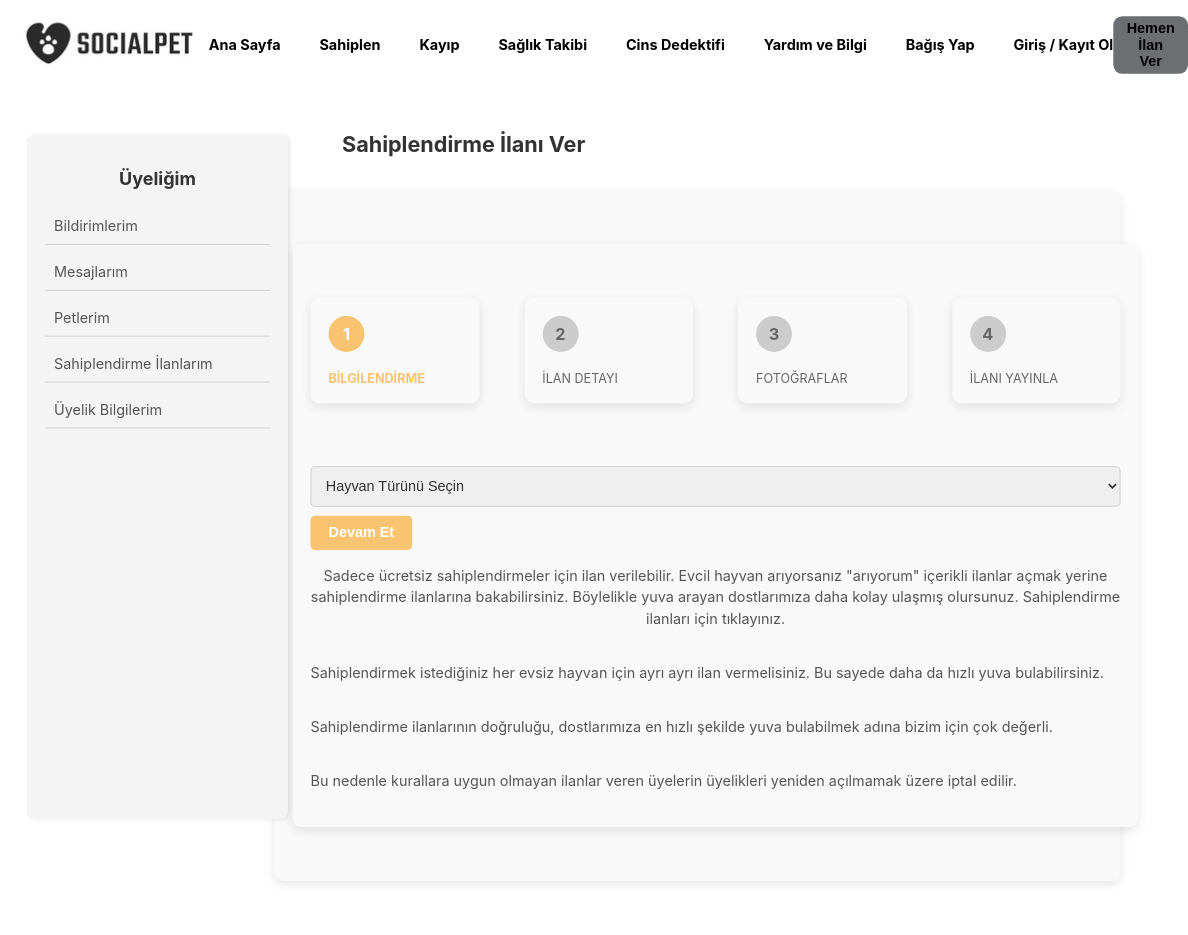
Repository: utkucaa/socialpet-frontend
Page: /create-ad (app in petweb/petweb/)
These files come from the project's save history. The page is drawn as it stood at one moment and after the next save; the edit follows.
The browser window is 1280 px wide. The page is 1320 px wide, so the pictures cover 1320 px, including what lies to the right of the window. The pictures show the whole page, at 90% of full size.
The project was rebuilt for these pictures with package versions that can differ from the ones it lists, and the page was loaded fresh each time. Also part of the build but not shown: petweb/petweb/src/Components/Login/Login.jsx, petweb/petweb/src/Components/Intro/Intro.css, petweb/petweb/src/Components/Intro/Intro.jsx, petweb/petweb/src/Components/Register/Register.jsx, petweb/petweb/src/Components/Profile/ProfilePage.css, petweb/petweb/src/Components/Profile/ProfilePage.jsx, petweb/petweb/src/Components/Adoption/Header.css, petweb/petweb/src/Components/Adoption/Header.jsx and 28 more. Imported but missing from the stored project, and not drawn on this page: petweb/petweb/src/Components/AdoptionSteps.

Above is the page before, as saved 2025-01-10 00:42:38.

After the next save:
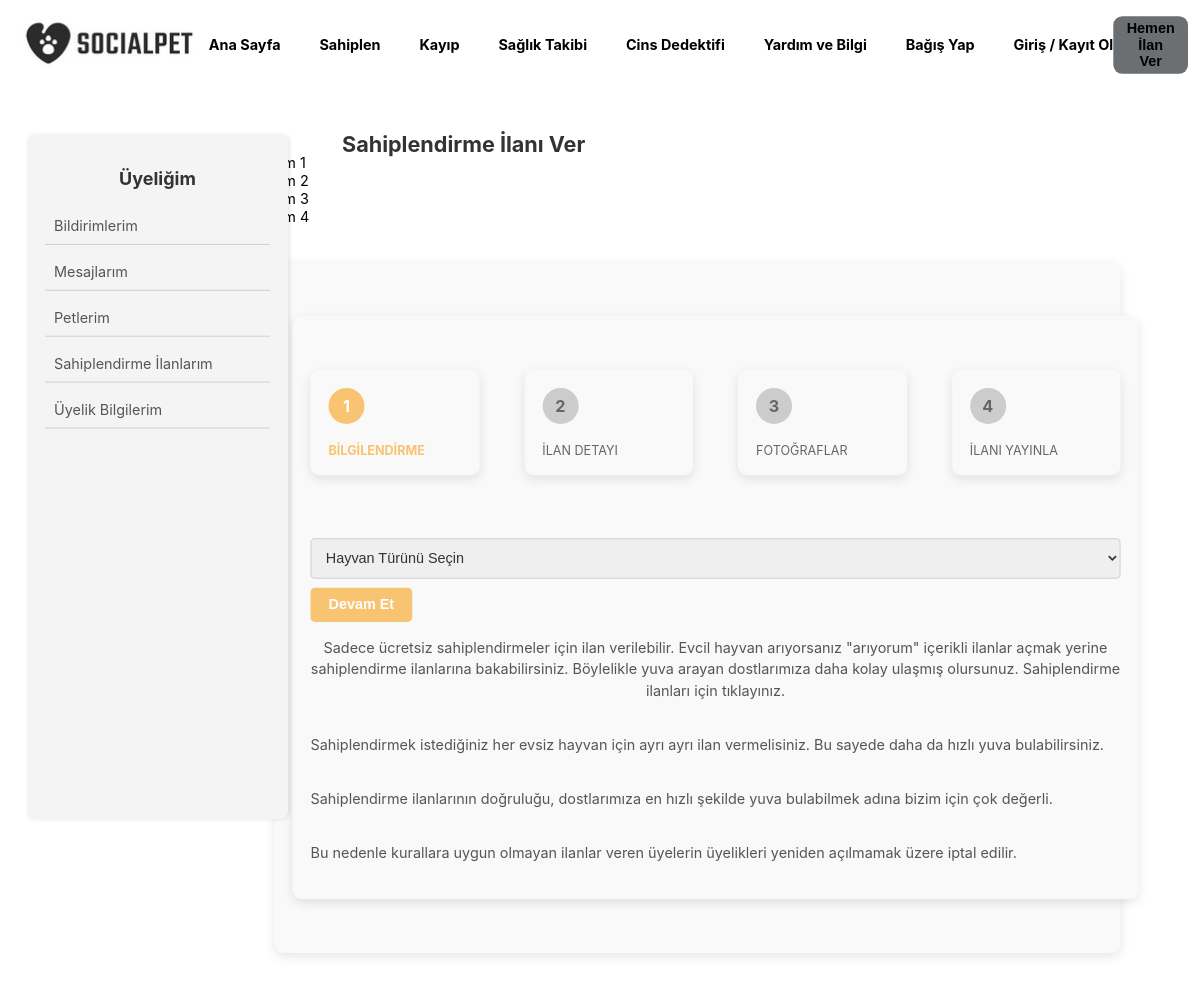
Saved 5 min 48 s later.
--- a/petweb/petweb/src/Components/Adoption/CreatedPage.jsx
+++ b/petweb/petweb/src/Components/Adoption/CreatedPage.jsx
@@ -21,19 +21,33 @@
 
     return (
         <div className="create-ad-container">
-            <Sidebar />
-            <div className="step-content">
+        <Sidebar />
+        <div className="step-content">
             <h1 className="create-ad-title">Sahiplendirme İlanı Ver</h1>
-                <div className="step">
-                    {currentStep === 1 && <Step1 onNext={handleNext} />}
-                    {currentStep === 2 && <Step2 onNext={handleNext} />}
-                    {currentStep === 3 && <Step3 onNext={handleNext} />}
-                    {currentStep === 4 && <Step4 />}
-                </div>
 
+            {/* Adım başlıklarını göster */}
+            <div className="step-titles">
+                {[1, 2, 3, 4].map((step) => (
+                    <div
+                        key={step}
+                        className={`step-title ${currentStep === step ? 'active' : ''}`}
+                        onClick={() => handleStepClick(step)}
+                    >
+                        Adım {step}
+                    </div>
+                ))}
+            </div>
+
+            {/* Step içeriği */}
+            <div className="step">
+                {currentStep === 1 && <Step1 onNext={handleNext} />}
+                {currentStep === 2 && <Step2 onNext={handleNext} />}
+                {currentStep === 3 && <Step3 onNext={handleNext} />}
+                {currentStep === 4 && <Step4 />}
             </div>
         </div>
-    );
+    </div>
+);
 };
 
 export default CreatedPage;
